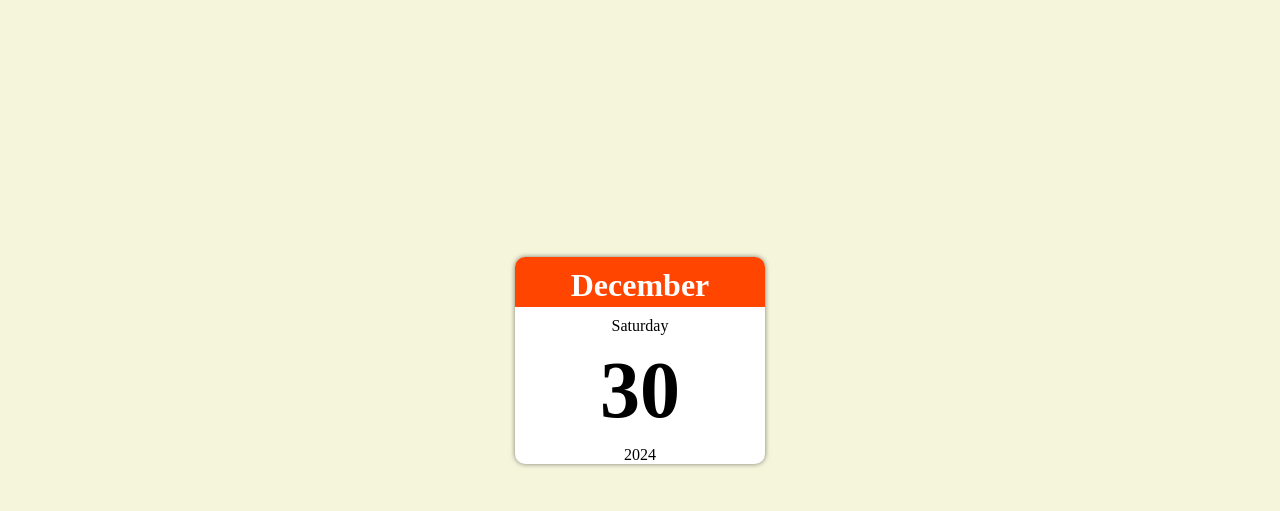
Repository: JunaidAnsari202/Mini-Calender
Page: index.html
An editor plug-in stored every save of this project. The page is shown before and after a run of saves, followed by the edit.
The browser window is 1280 px wide. The pictures show the whole page.

Above is the page before, as saved 2024-11-10 11:49:31.

### index.html
<!DOCTYPE html>
<html lang="en">
<head>
    <meta charset="UTF-8">
    <meta name="viewport" content="width=device-width, initial-scale=1.0">
    <title>Mini Calender</title>
    <link rel="stylesheet" href="style.css">
</head>
<body>
   <div class="container">
    <div class="month">December</div>
    <div class="weekday">Saturday</div>
    <div class="day">30</div>
    <div class="year">2024</div>

</div>

    <script src="script.js"></script>
</body>
</html>

### style.css
*{
    margin: 0;
    padding: 0;
    box-sizing: border-box;
}

body{
    background-color: beige;
    display: flex;
    justify-content: center;
    align-items: center;
    height: 100vh;
}

.container{
    width: 250px;
    background-color: white;
    border-radius: 10px;
    box-shadow: 0 0 5px 0 rgba(0,0,0,0.5);
    text-align: center;
    border: none;
}

.month{
    background-color: orangered;
    height: 50px;
    font-size: 2rem;
    font-weight: bold;
    color: white;
    padding: 10px;
    margin-bottom: 10px;
    border-radius: 10px 10px 0 0;

}

.weekday{
    margin-bottom: 10px;
}

.day{
    font-size: 5rem;
    font-weight: bold;
    margin-bottom: 10px;

}

Loaded but not shown: script.js (no copy from this time; the picture is the same without it)

After the next 6 saves:
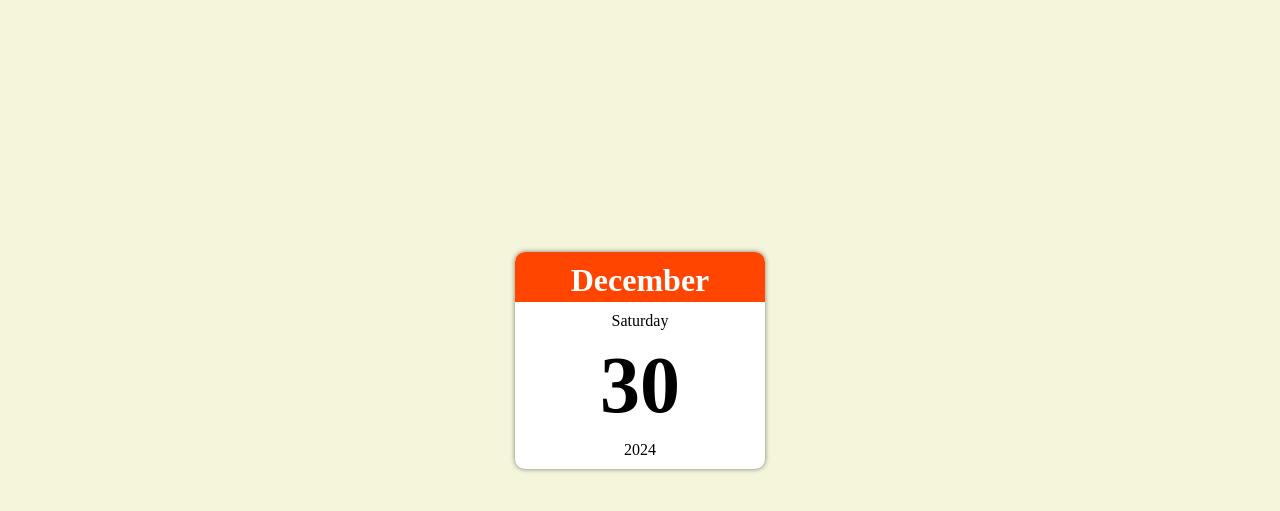
The 6 saves are shown as one change because they came seconds apart.
The last was saved 3 min 15 s later.
--- a/style.css
+++ b/style.css
@@ -43,3 +43,6 @@ body{
     margin-bottom: 10px;
 
 }
+.year{
+    margin-bottom: 10px;
+}
